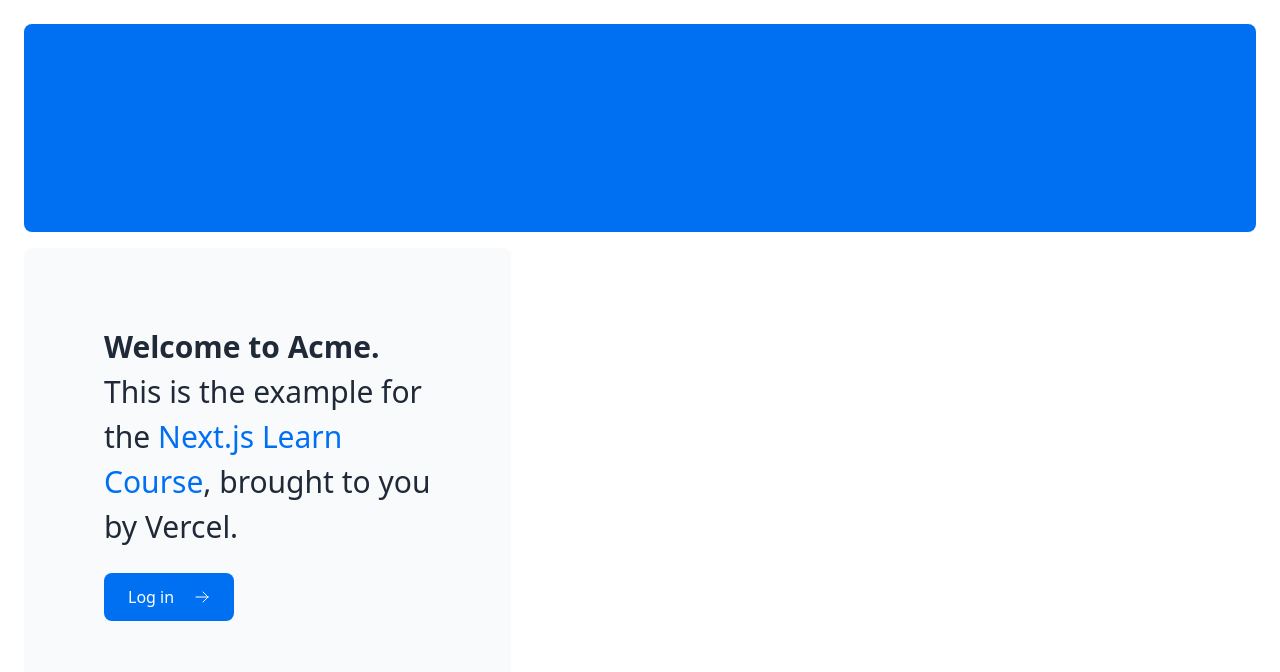
Repository: lokinell/nextjs-dashboard
Page: /
An editor plug-in stored every save of this project. The page is shown before and after the next save, followed by the edit.
The browser window is 1280 px wide. The pictures show the whole page.
The project was rebuilt for these pictures with package versions that can differ from the ones it lists, and the page was loaded fresh each time. The framework's server and built-in components were replaced by stand-ins that run in the browser. Also part of the build but not shown: next.config.js.

Above is the page before, as saved 2024-03-11 23:38:18.

After the next save:
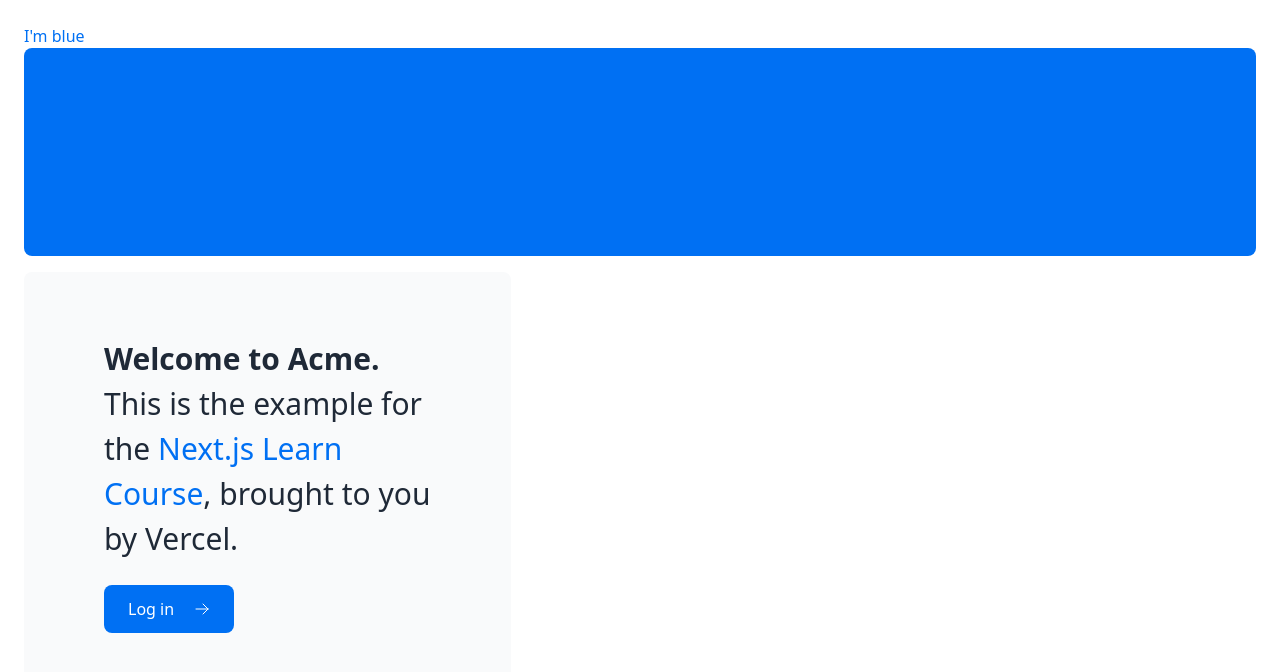
Saved 96 s later.
--- a/app/page.tsx
+++ b/app/page.tsx
@@ -5,6 +5,7 @@
 export default function Page() {
   return (
     <main className="flex min-h-screen flex-col p-6">
+    <h1 className='text-blue-500'>I'm blue</h1>
       <div className="flex h-20 shrink-0 items-end rounded-lg bg-blue-500 md:h-52">
         {/* <AcmeLogo /> */}
       </div>
